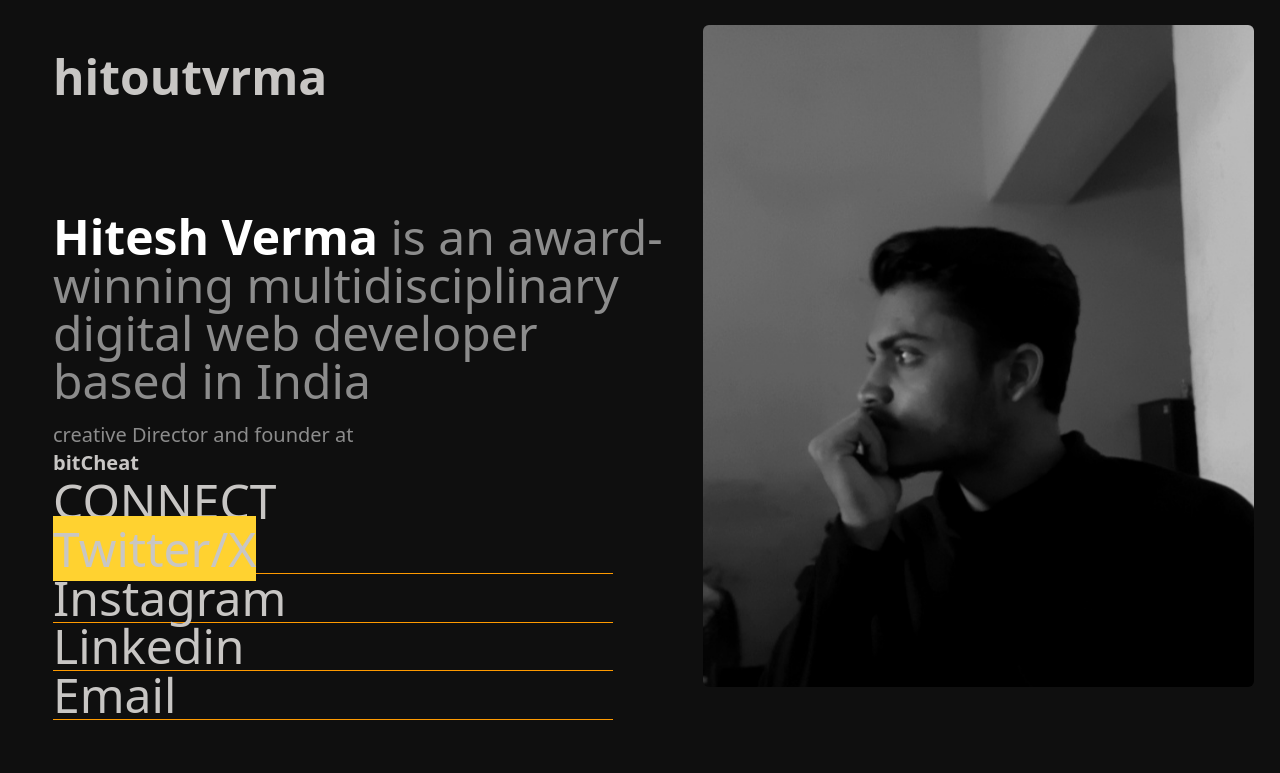
Repository: hitoutvrma/portfolio
Page: /
These files come from the project's save history. The page is drawn as it stood at one moment and after a run of saves; the edit follows.
The browser window is 1280 px wide. The pictures show the whole page.
The project was rebuilt for these pictures with package versions that can differ from the ones it lists, and the page was loaded fresh each time. Also part of the build but not shown: vite.config.js.

Above is the page before, as saved 2025-03-07 01:15:18.

### src/index.css
@import "tailwindcss";
body{
    background-color: #0f0f0f;
    color: #c8c6c4;
    padding: 25px;
}

### src/App.jsx
import React from 'react'

function App() {
  return (
    <div className=''>
      <div className="sm:flex">
      <div className='hero sm:p-7 sm:text-5xl text-[8vw] w-[80vw] sm:w-[53vw]'>
      <logo className='text-4xl sm:text-5xl font-semibold'>hitoutvrma</logo>
        <p className='mt-28 leading-none text-[#8c8c8c]'><span className='text-white font-semibold'>Hitesh Verma</span> is an award-winning multidisciplinary digital web developer based in India</p>

        <div className='text-xl pt-4'>
          <p className='text-[#8c8c8c]'>creative Director and founder at </p>
          <p className='font-semibold'>bitCheat</p>
        </div>
        <div className=''>
          <p>CONNECT</p>
          <span className='w-full bg-amber-300'>Twitter/X</span>
          <div className='w-[90%] h-[0.1vh] bg-amber-500'></div>
          <p>Instagram</p>
          <div className='w-[90%] h-[0.1vh] bg-amber-500'></div>
          <p>Linkedin</p>
          <div className='w-[90%] h-[0.1vh] bg-amber-500'></div>
          <p>Email</p>
          <div className='w-[90%] h-[0.1vh] bg-amber-500'></div>
        </div>
        </div>
        <div style={{ backgroundImage: "url('/user.jpg')" }} className=' bg-cover bg-center w-[43vw] h-[92vh]  bg-[#3a3a3a] rounded-md'>
        </div>
      </div>

    </div>
  )
}

export default App

Loaded but not shown: index.html (common file); src/main.jsx (common file)

After the next 2 saves:
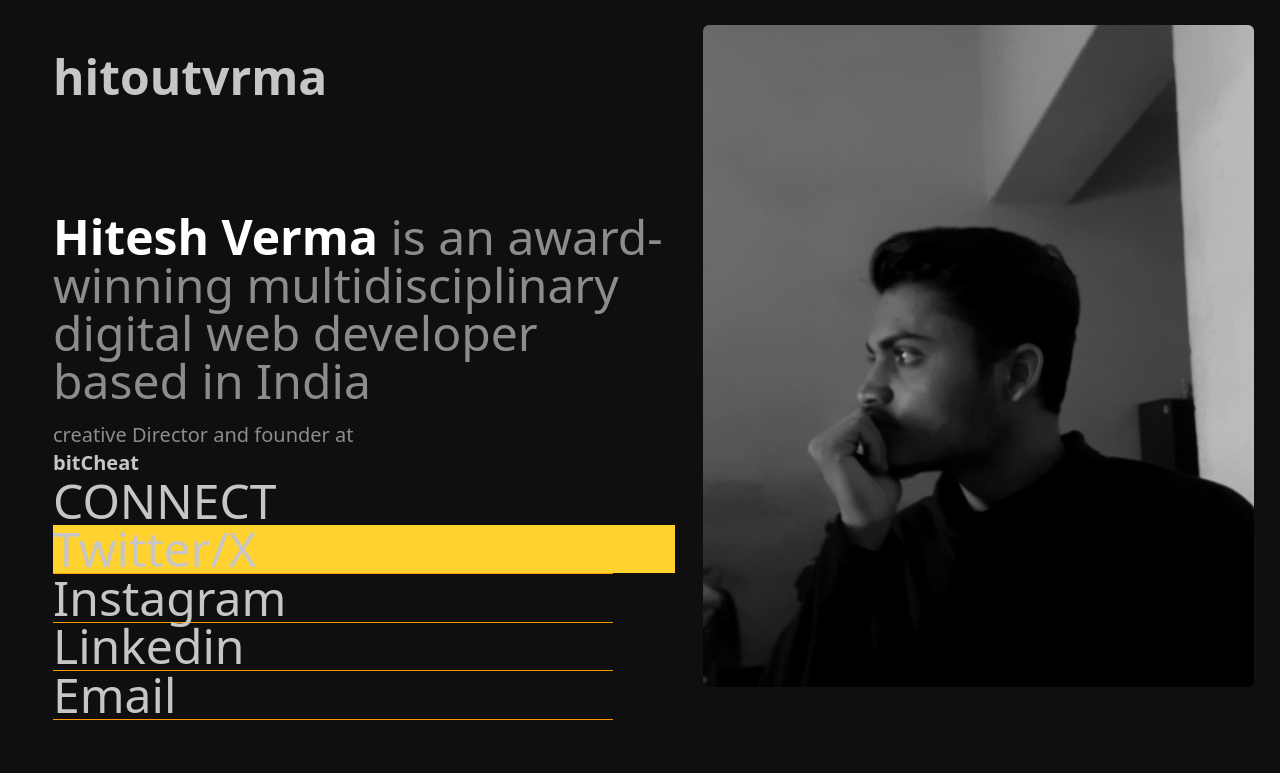
The 2 saves are shown as one change because 1 did not build or start.
The last was saved 18 s later.
--- a/src/App.jsx
+++ b/src/App.jsx
@@ -14,7 +14,7 @@ function App() {
         </div>
         <div className=''>
           <p>CONNECT</p>
-          <span className='w-full bg-amber-300'>Twitter/X</span>
+          <div className='w-full bg-amber-300'>Twitter/X</div>
           <div className='w-[90%] h-[0.1vh] bg-amber-500'></div>
           <p>Instagram</p>
           <div className='w-[90%] h-[0.1vh] bg-amber-500'></div>
